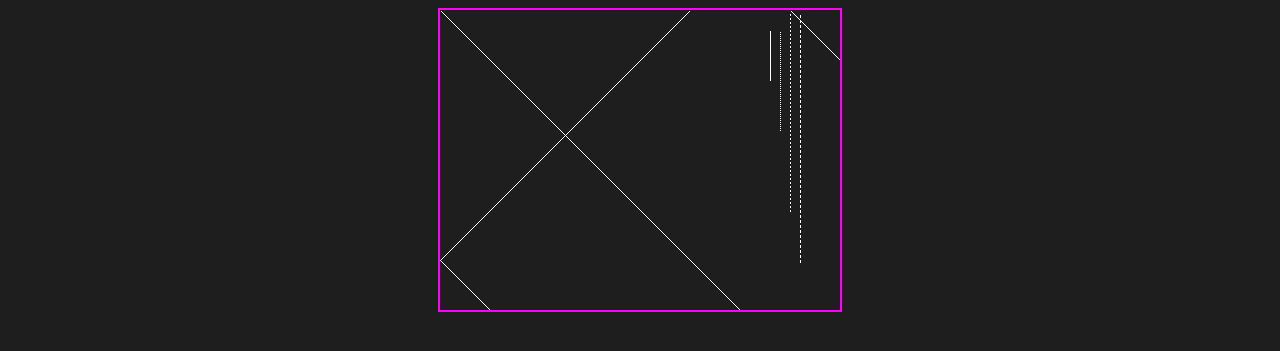
Repository: StarLightGX/miao
Page: paint.html
The author's editor kept a copy of each file at every save. The page is drawn from the files as they stood at one save, then again after the next save.
The browser window is 1280 px wide. The pictures show the whole page.

Above is the page before, as saved 2020-11-12 20:07:15.

After the next save:
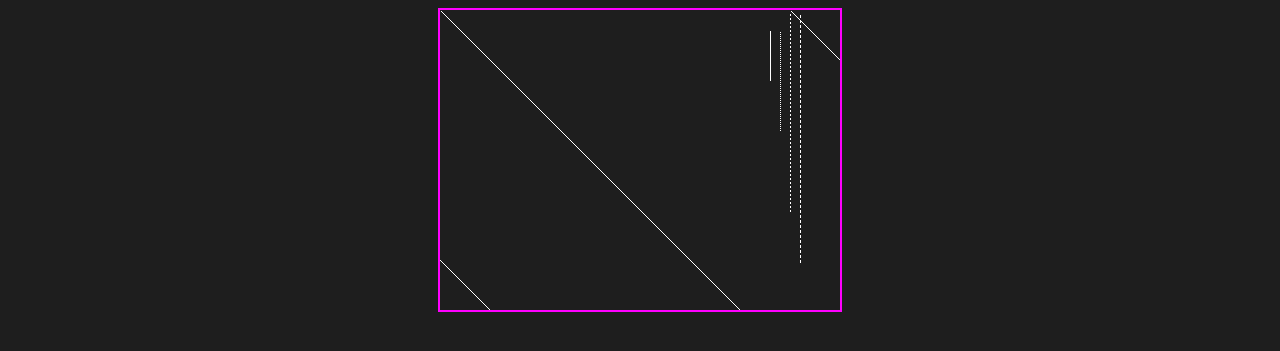
Saved 13 s later.
--- a/paint.html
+++ b/paint.html
@@ -141,7 +141,7 @@
     for (i = 0; i < 1050; i++) {
       y = y + 1;
       x = -y;
-      dot(x + 250, y);
+      dot(x - 250, y);
     }
     y = 0;
     for (i = 0; i < 1050; i++) {
